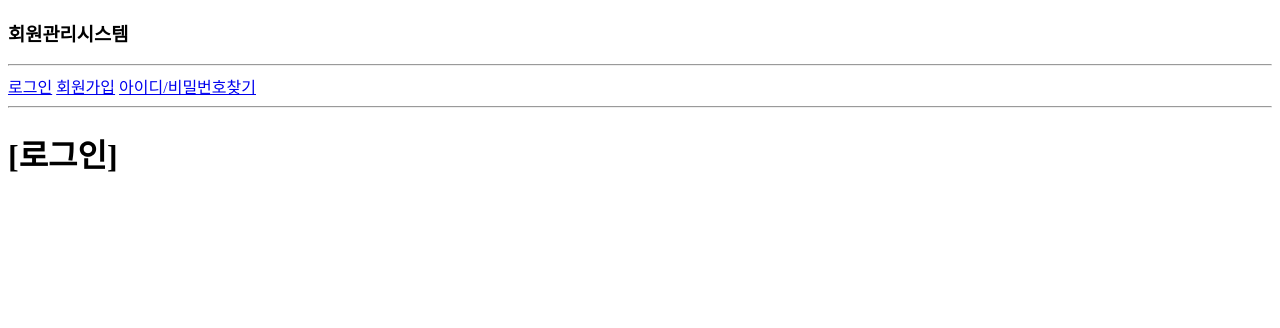
Repository: helloJunejun/WorkSpace_WebUi
Page: 0.1html_basic/src/main/webapp/joinMember.html
The author's editor kept a copy of each file at every save. The page is drawn from the files as they stood at one save, then again after the next save.
The browser window is 1280 px wide. The pictures show the whole page.

Above is the page before, as saved 2021-06-23 07:27:08.

After the next save:
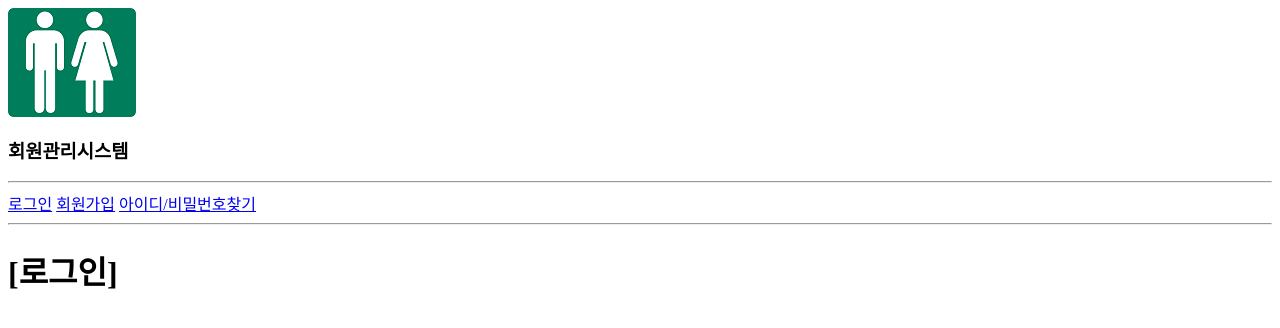
Saved 9 s later.
--- a/0.1html_basic/src/main/webapp/joinMember.html
+++ b/0.1html_basic/src/main/webapp/joinMember.html
@@ -20,6 +20,7 @@
 
 	<!-- 브라우저에 서비스(보여지는) 내용 -->
 	<body>
+	<a href="index.html"><img src="img/pictogram2.png"></a>
 	<h3>회원관리시스템</h3>
 		<hr>
 		<a href="login.html">로그인</a>
